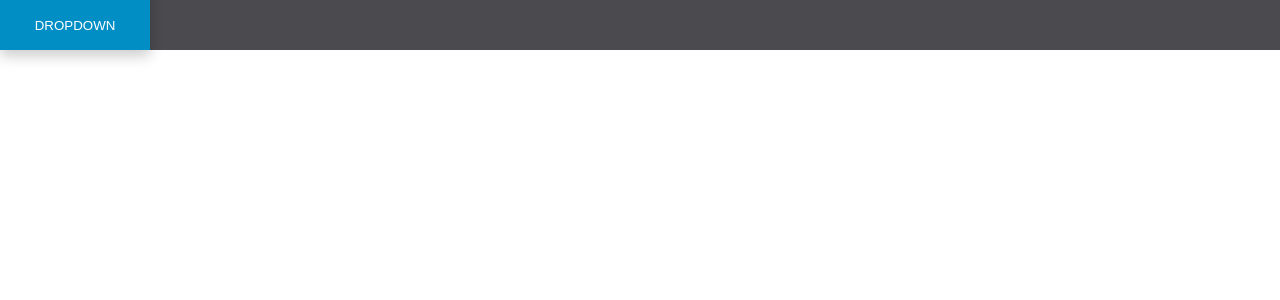
Repository: meghdadyazdi/CSS-Witchcraft_Dropdown
Page: index.html
The author's editor kept a record of every edit. The page is drawn from the files as they stood at one moment, then again after the next edit.
The browser window is 1280 px wide. The pictures show the whole page.
The pointer rests on the first visible `.dropDown`.

Above is the page before.

### index.html
<!DOCTYPE html>
<html lang="en">
<head>
    <meta charset="UTF-8">
    <meta name="viewport" content="width=device-width, initial-scale=1.0">
    <meta http-equiv="X-UA-Compatible" content="ie=edge">
    <link rel="stylesheet" href="main.css" type="text/css" />
    <title>Document</title>
</head>
<body>
    <nav class="navDefault">
        <div class="dropDown">
            <button>Dropdown</button>
            <!--ul.dropDownMenu>li.dropdownItem*4>a.dropDownLinke{link}-->
            <ul class="dropDownMenu">
            <li class="dropdownItem"><a href="#" class="dropDownLinke">link</a></li>
            <li class="dropdownItem"><a href="#" class="dropDownLinke">link</a></li>
            <li class="dropdownItem"><a href="#" class="dropDownLinke">link</a></li>
            <li class="dropdownItem"><a href="#" class="dropDownLinke">link</a></li>
        </ul>
        </div>
    </nav>
</body>
</html>

### main.css
.navDefault{
    position: fixed;
    top: 0;
    left: 0;
    right: 0;
    background-color: #4a4a4f;
}

button{
    border: none;
    background-color: #0997d3;
    width: 150px;
    height: 50px;
    color: #fff;
    cursor: pointer;
    text-transform: uppercase;
}
.dropDownMenu{
    list-style: none;
    margin: 0;
    padding: 0;
    position: absolute;
    left: 0;
    right: 0;
    top: 50px;
    width: 150px;
    z-index: -1;

    box-shadow: 0px 6px 13px 0px rgba(0,0,0,0.2);

    transform: translateY(-100%); /*By default it is set off the screen*/
}

.dropDownLinke{
    text-decoration: none;
    display: block;
    text-align: center;
    background-color: #f9f9f9;
    padding: 10px 5px;
    transition: background-color .5s ease-in-out, color .5s ease-in-out;

}

.dropDownLinke:hover{
    color: #fff;
    background-color: #a0a0a2
}

.dropDown{
    width: 150px;
    position: relative;/*It will be relative to the fixed position of the buttom*/
}
.dropDown:hover button{
    background-color: #018ec5;
}

After the next edit:
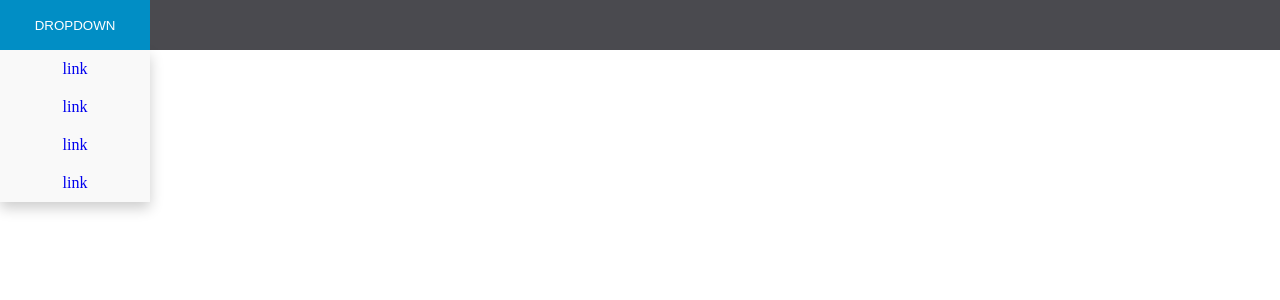
The edit:
--- a/main.css
+++ b/main.css
@@ -53,3 +53,7 @@
 .dropDown:hover button{
     background-color: #018ec5;
 }
+
+.dropDown:hover .dropDownMenu{
+    transform: translateY(0);
+}
